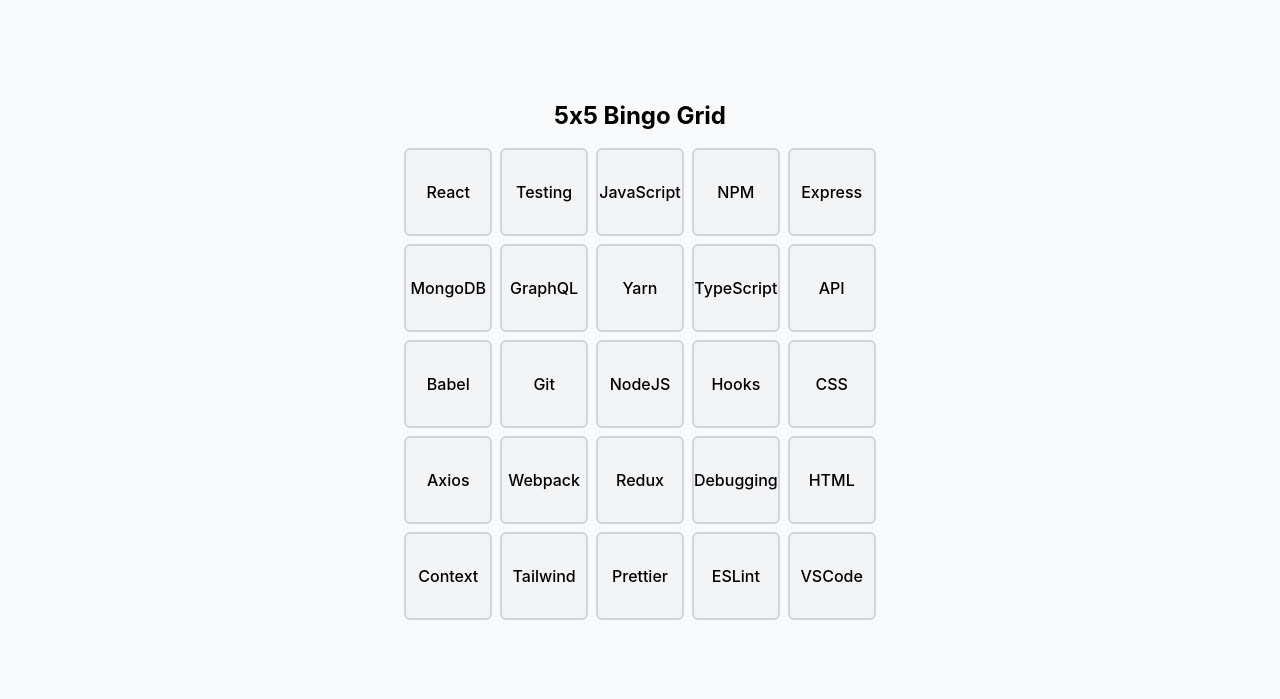
Repository: yassirbn/football-bingo
Page: /
An editor plug-in stored every save of this project. The page is shown before and after the next save, followed by the edit.
The browser window is 1280 px wide. The pictures show the whole page.
The project was rebuilt for these pictures with package versions that can differ from the ones it lists, and the page was loaded fresh each time.

Above is the page before, as saved 2024-11-26 11:32:04.

### src/App.js
import React from "react";
import BingoGrid from "./component/BingoGrid/BingoGrid";


const App = () => {
  const words = [
    "React", "JavaScript", "CSS", "HTML", "Tailwind",
    "Redux", "API", "NodeJS", "Express", "MongoDB",
    "GraphQL", "TypeScript", "Hooks", "Context", "Webpack",
    "Babel", "Git", "NPM", "Yarn", "ESLint",
    "Prettier", "Testing", "Axios", "VSCode", "Debugging"
  ];

  return (
    <div className="min-h-screen bg-gray-50 flex items-center justify-center">
      <BingoGrid words={words} />
    </div>
  );
};

export default App;

### src/component/BingoGrid/BingoGrid.js
import React from "react";

const BingoGrid = ({ words }) => {
  // Ensure the grid is 5x5 by using exactly 25 words
  const gridSize = 5;
  const totalCells = gridSize * gridSize;

  // Shuffle and ensure we have exactly 25 items
  const shuffledWords = [...words]
    .sort(() => 0.5 - Math.random())
    .slice(0, totalCells);

  // Fill with placeholders if not enough words
  while (shuffledWords.length < totalCells) {
    shuffledWords.push("FREE SPACE");
  }

  return (
    <div className="p-4">
      <h1 className="text-center text-2xl font-bold mb-4">5x5 Bingo Grid</h1>
      <div
        className={`grid gap-2`}
        style={{
          gridTemplateColumns: `repeat(${gridSize}, minmax(50px, 1fr))`,
        }}
      >
        {shuffledWords.map((word, index) => (
          <div
            key={index}
            className="flex items-center justify-center border-2 border-gray-300 rounded-md bg-gray-100 hover:bg-blue-200 cursor-pointer text-center font-medium aspect-square"
          >
            {word}
          </div>
        ))}
      </div>
    </div>
  );
};

export default BingoGrid;

Loaded but not shown: public/index.html (common file); src/index.js (common file); src/index.css (common file); src/reportWebVitals.js (common file); tailwind.config.js (common file)

After the next save:
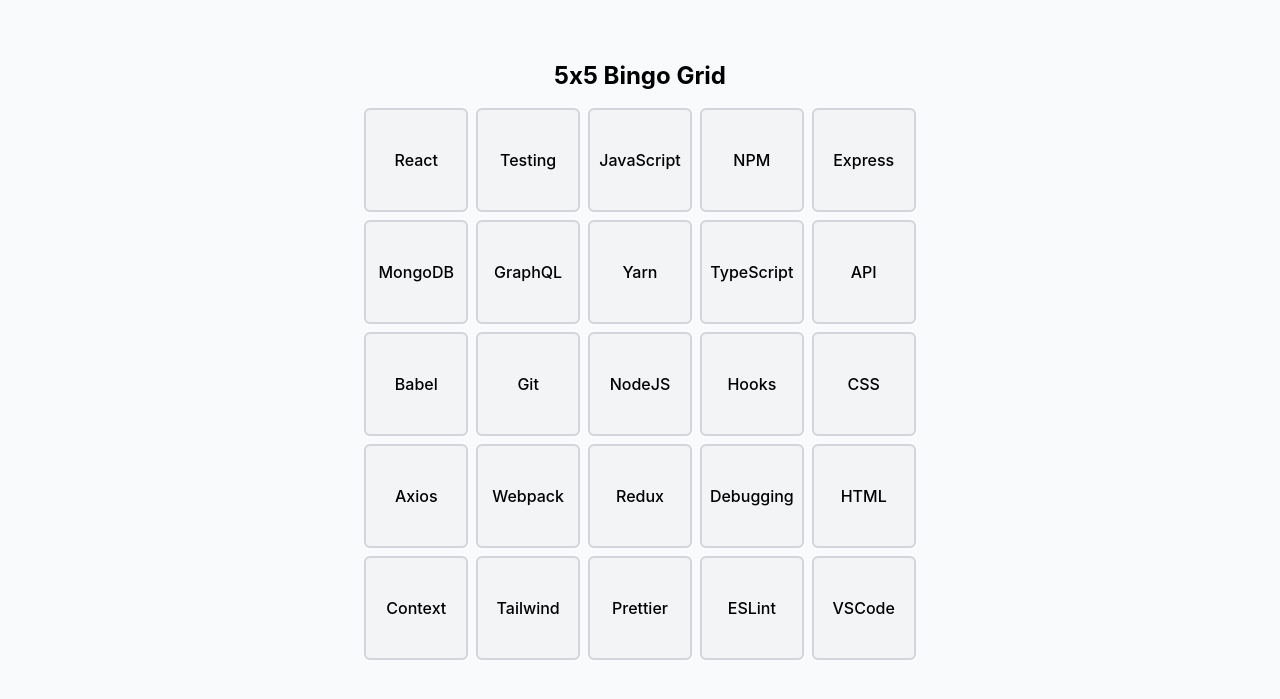
Saved 109 s later.
--- a/src/component/BingoGrid/BingoGrid.js
+++ b/src/component/BingoGrid/BingoGrid.js
@@ -27,9 +27,11 @@ const BingoGrid = ({ words }) => {
         {shuffledWords.map((word, index) => (
           <div
             key={index}
-            className="flex items-center justify-center border-2 border-gray-300 rounded-md bg-gray-100 hover:bg-blue-200 cursor-pointer text-center font-medium aspect-square"
+            className="flex items-center justify-center border-2 border-gray-300 rounded-md bg-gray-100 hover:bg-blue-200 cursor-pointer text-center font-medium aspect-square p-2 overflow-hidden"
           >
-            {word}
+            <span className="break-words text-sm sm:text-base">
+              {word}
+            </span>
           </div>
         ))}
       </div>
